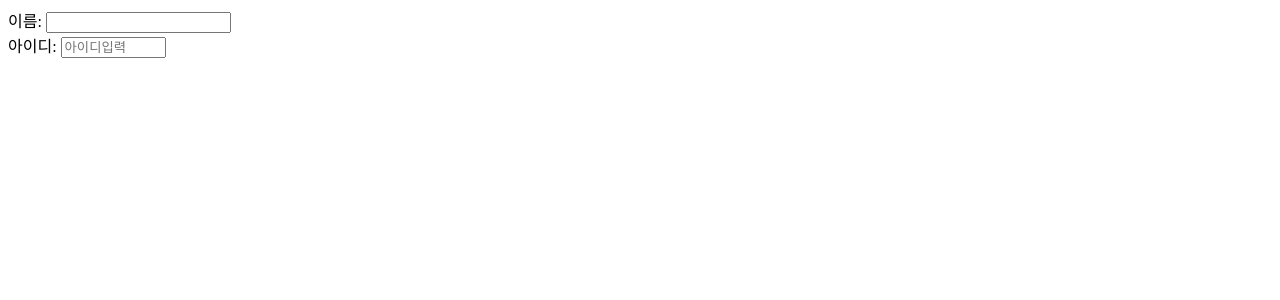
Repository: jihoonys82/weblec
Page: Front/WebContent/Ex01_HTML_tag/tagEx_09.html
These files come from the project's save history. The page is drawn as it stood at one moment and after the next save; the edit follows.
The browser window is 1280 px wide. The pictures show the whole page.

Above is the page before, as saved 2018-07-24 10:06:53.

### Front/WebContent/Ex01_HTML_tag/tagEx_09.html
<!DOCTYPE html>
<html>
<head>
<meta charset="UTF-8">
<title>Insert title here</title>


</head>
<body>

<div>

<form action="#" method="get">
	<label>이름:	<input type="text" name="name" /></label>
	<br>
	<label for="uId">아이디:</label> <input type="text" id="uId" name="userId" size="10" placeholder="아이디입력"/>
</form>

</div>

</body>
</html>

After the next save:
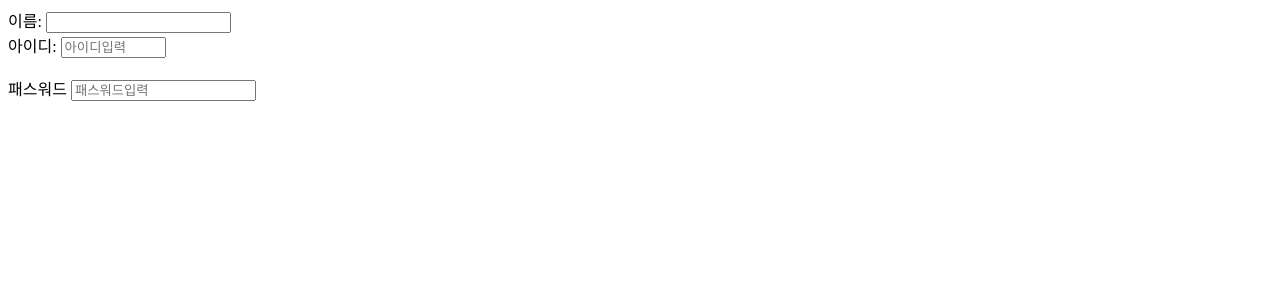
Saved 106 s later.
--- a/Front/WebContent/Ex01_HTML_tag/tagEx_09.html
+++ b/Front/WebContent/Ex01_HTML_tag/tagEx_09.html
@@ -13,7 +13,13 @@
 <form action="#" method="get">
 	<label>이름:	<input type="text" name="name" /></label>
 	<br>
-	<label for="uId">아이디:</label> <input type="text" id="uId" name="userId" size="10" placeholder="아이디입력"/>
+	<label for="uId">아이디:</label>
+	<input type="text" id="uId" name="userId" size="10" placeholder="아이디입력"/>
+	<br><br>
+
+	<label for="userPwd">패스워드</label>
+	<input type="password" id="userPwd" name="userPwd" placeholder="패스워드입력" />
+
 </form>
 
 </div>
